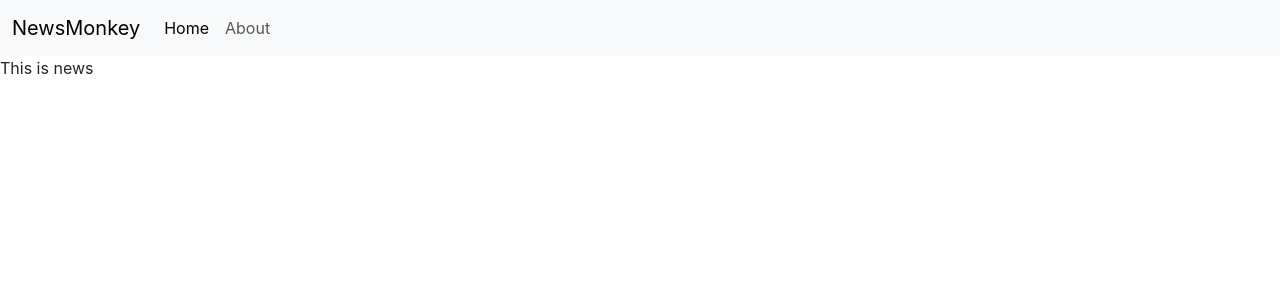
Repository: WajihaGul/NewsMonkey-React
Page: /
The author's editor kept a copy of each file at every save. The page is drawn from the files as they stood at one save, then again after the next save.
The browser window is 1280 px wide. The pictures show the whole page.
The project was rebuilt for these pictures with package versions that can differ from the ones it lists, and the page was loaded fresh each time. Also part of the build but not shown: src/App.css.

Above is the page before, as saved 2024-02-19 22:51:01.

### public/index.html
<!DOCTYPE html>
<html lang="en">
<head>
  <meta charset="utf-8" />
  <link rel="icon" href="%PUBLIC_URL%/favicon.ico" />
  <meta name="viewport" content="width=device-width, initial-scale=1" />
  <meta name="theme-color" content="#000000" />
  <meta name="NewsMonkey" content="Web site created using create-react-app" />
  <link rel="apple-touch-icon" href="%PUBLIC_URL%/logo192.png" />

  <!-- Bootstrap CSS -->
  <link href="https://cdn.jsdelivr.net/npm/bootstrap@5.3.2/dist/css/bootstrap.min.css" rel="stylesheet">

  <link rel="manifest" href="%PUBLIC_URL%/manifest.json" />
  <!--
    Notice the use of %PUBLIC_URL% in the tags above.
    It will be replaced with the URL of the `public` folder during the build.
    Only files inside the `public` folder can be referenced from the HTML.

    Unlike "/favicon.ico" or "favicon.ico", "%PUBLIC_URL%/favicon.ico" will
    work correctly both with client-side routing and a non-root public URL.
    Learn how to configure a non-root public URL by running `npm run build`.
  -->
  <title>NewsMonkey</title>
</head>
<body>
  <noscript>You need to enable JavaScript to run this app.</noscript>
  <div id="root"></div>

  <!-- Bootstrap JavaScript dependencies -->
  <script src="https://cdn.jsdelivr.net/npm/@popperjs/core@2.11.8/dist/umd/popper.min.js" integrity="sha384-I7E8VVD/ismYTF4hNIPjVp/Zjvgyol6VFvRkX/vR+Vc4jQkC+hVqc2pM8ODewa9r" crossorigin="anonymous"></script>
  <script src="https://cdn.jsdelivr.net/npm/bootstrap@5.3.2/dist/js/bootstrap.min.js" integrity="sha384-BBtl+eGJRgqQAUMxJ7pMwbEyER4l1g+O15P+16Ep7Q9Q+zqX6gSbd85u4mG4QzX+" crossorigin="anonymous"></script>
</body>
</html>

### src/App.js
import './App.css';
import React, { Component } from 'react'
import Navbar from './Components/Navbar';
import News from './Components/news';



export default class App extends Component {
  render() {
    return (
      <div>
      <Navbar/>
      <News/>
      </div>
    )
  }
}

### src/Components/Navbar.js
import React, { Component } from 'react';

export default class Navbar extends Component {
  render() {
    return (
      <nav className="navbar navbar-expand-lg bg-body-tertiary">
        <div className="container-fluid">
          <a className="navbar-brand" href="/">NewsMonkey</a>
          <button className="navbar-toggler" type="button" data-bs-toggle="collapse" data-bs-target="#navbarSupportedContent" aria-controls="navbarSupportedContent" aria-expanded="false" aria-label="Toggle navigation">
            <span className="navbar-toggler-icon"></span>
          </button>
          <div className="collapse navbar-collapse" id="navbarSupportedContent">
            <ul className="navbar-nav me-auto mb-2 mb-lg-0">
              <li className="nav-item">
                <a className="nav-link active" aria-current="page" href="/">Home</a>
              </li>
              <li className="nav-item">
                <a className="nav-link" href="/About">About</a>
              </li>
            </ul>

          </div>
        </div>
      </nav>
    );
  }
}

### src/Components/news.js
import React, { Component } from 'react'

export class News extends Component {
   render() {
    return (
      <div>This is news

      </div>

    )
  }
}

export default News

### src/Components/News.js
import React, { Component } from 'react'
import NewsItems from './NewsItems';
export class News extends Component {
   render() {
    return (
      <div>This is news
        <NewsItems/>
      </div>

    )
  }
}

export default News

### src/Components/NewsItems.js
import React, { Component } from 'react';

export class NewsItems extends Component {
  render() {
    return (
      <div>This is News items</div>
    );
  }
}

export default NewsItems;

Loaded but not shown: src/index.js (common file); src/index.css (common file); src/reportWebVitals.js (common file)

After the next save:
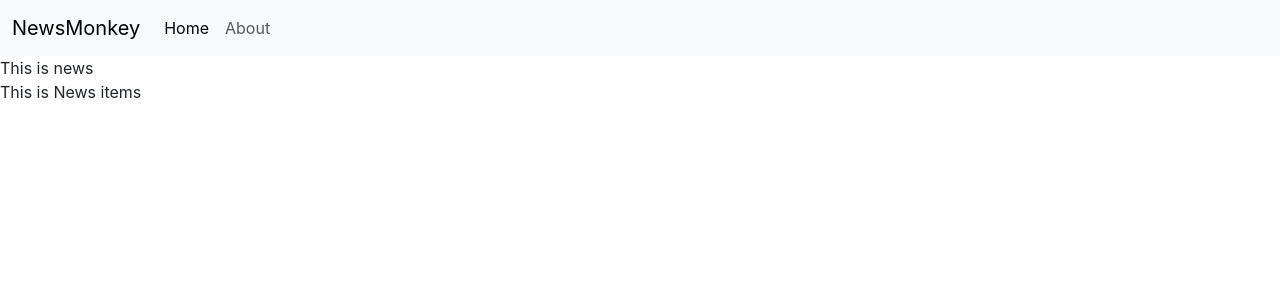
Saved 31 s later.
--- a/src/App.js
+++ b/src/App.js
@@ -1,7 +1,7 @@
 import './App.css';
 import React, { Component } from 'react'
 import Navbar from './Components/Navbar';
-import News from './Components/news';
+import News from './Components/News';
 
 
 
